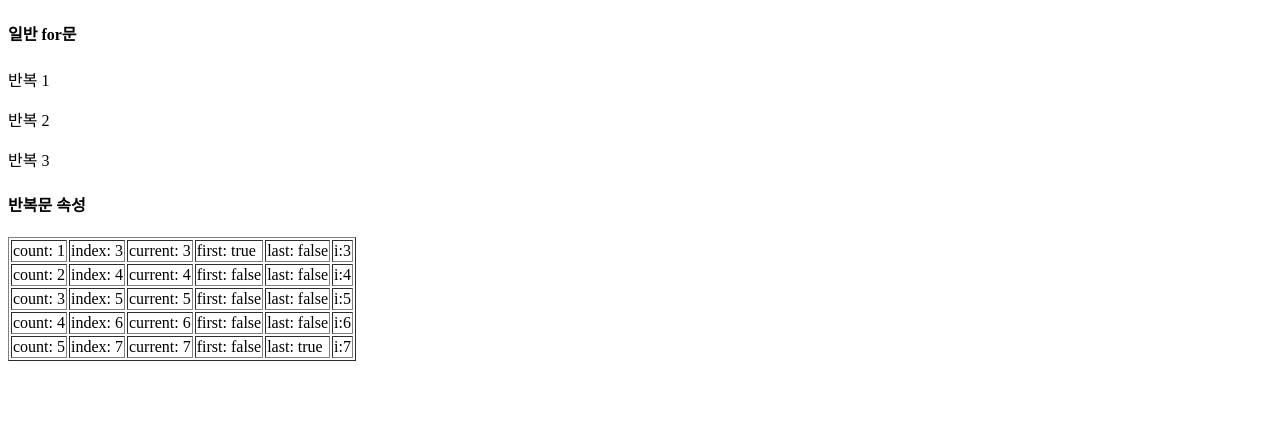
Repository: parkho96/testnum2
Page: http://localhost/jspstudy/11JSTL/ForEach.jsp
The author's editor kept a copy of each file at every save. The page is drawn from the files as they stood at one save, then again after the next save.
The browser window is 1280 px wide. The pictures show the whole page.
The page is served by Tomcat 9.

Above is the page before, as saved 2023-04-10 03:53:38.

After the next save:
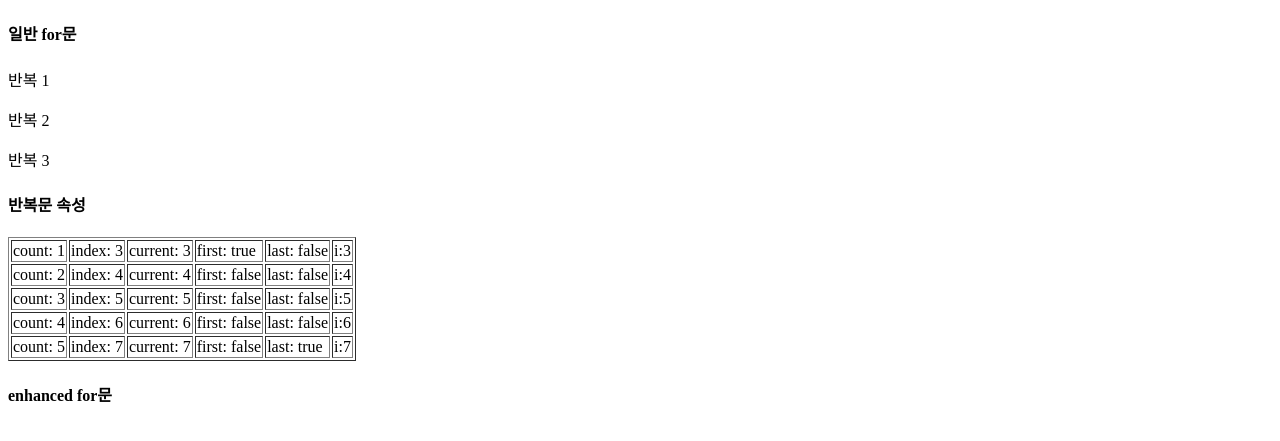
Saved 3 min 59 s later.
--- a/workjsp/jspstudy/src/main/webapp/11JSTL/ForEach.jsp
+++ b/workjsp/jspstudy/src/main/webapp/11JSTL/ForEach.jsp
@@ -41,5 +41,15 @@
 	</c:forEach>
 	</table>
 
+	<h4>enhanced for문</h4>
+	<%
+		String[] rainbow={"빨","주","노","초","파","남","보"};
+	%>
+	<c:forEach items="<%=rainbow%>" var="color">
+
+	</c:forEach>
+
+
+
 </body>
 </html>
